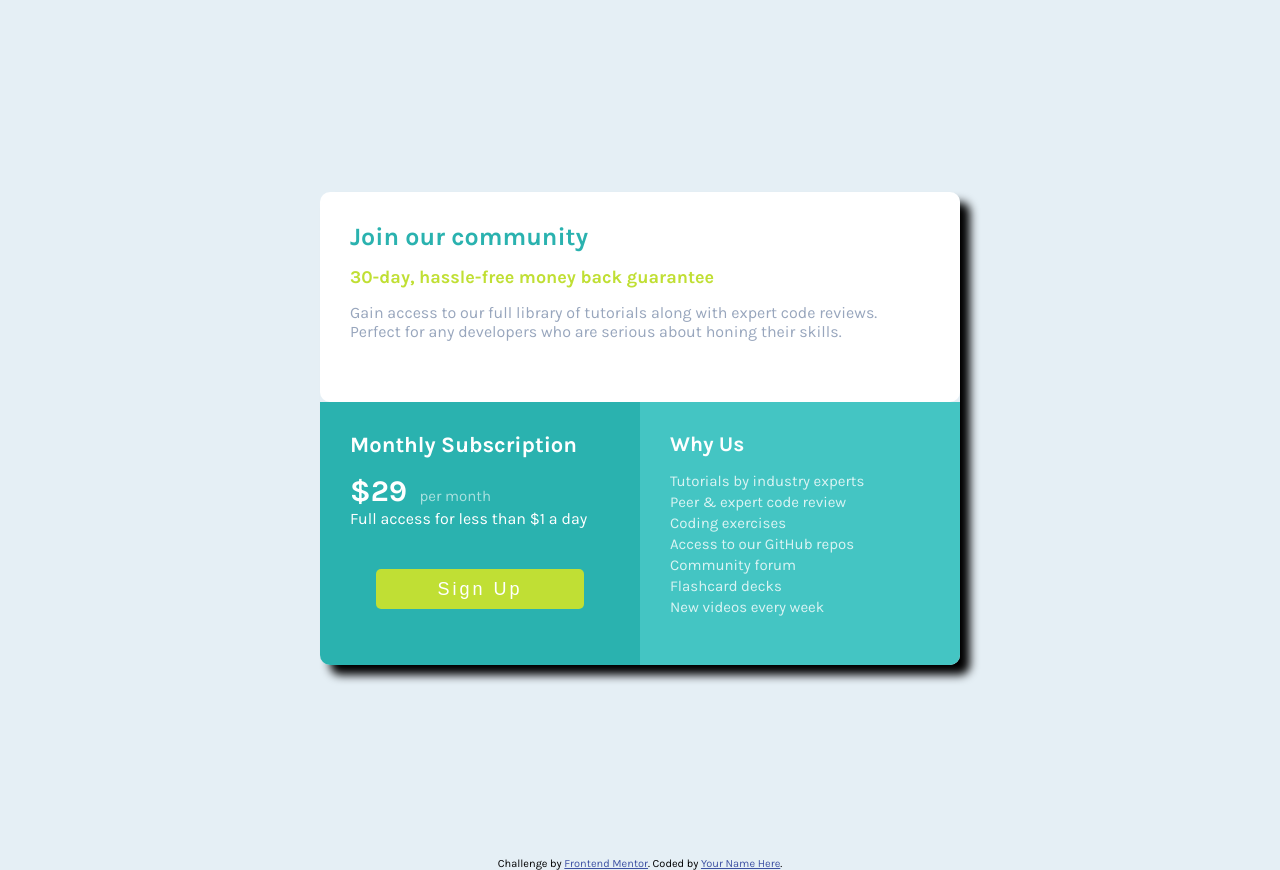
Repository: Pedrohamoura-Git/Frontend-Mentor-Challenges
Page: Newbie/single-price-grid-component-master/index.html
An editor plug-in stored every save of this project. The page is shown before and after the next save, followed by the edit.
The browser window is 1280 px wide. The pictures show the whole page.

Above is the page before, as saved 2021-05-31 16:00:21.

After the next save:
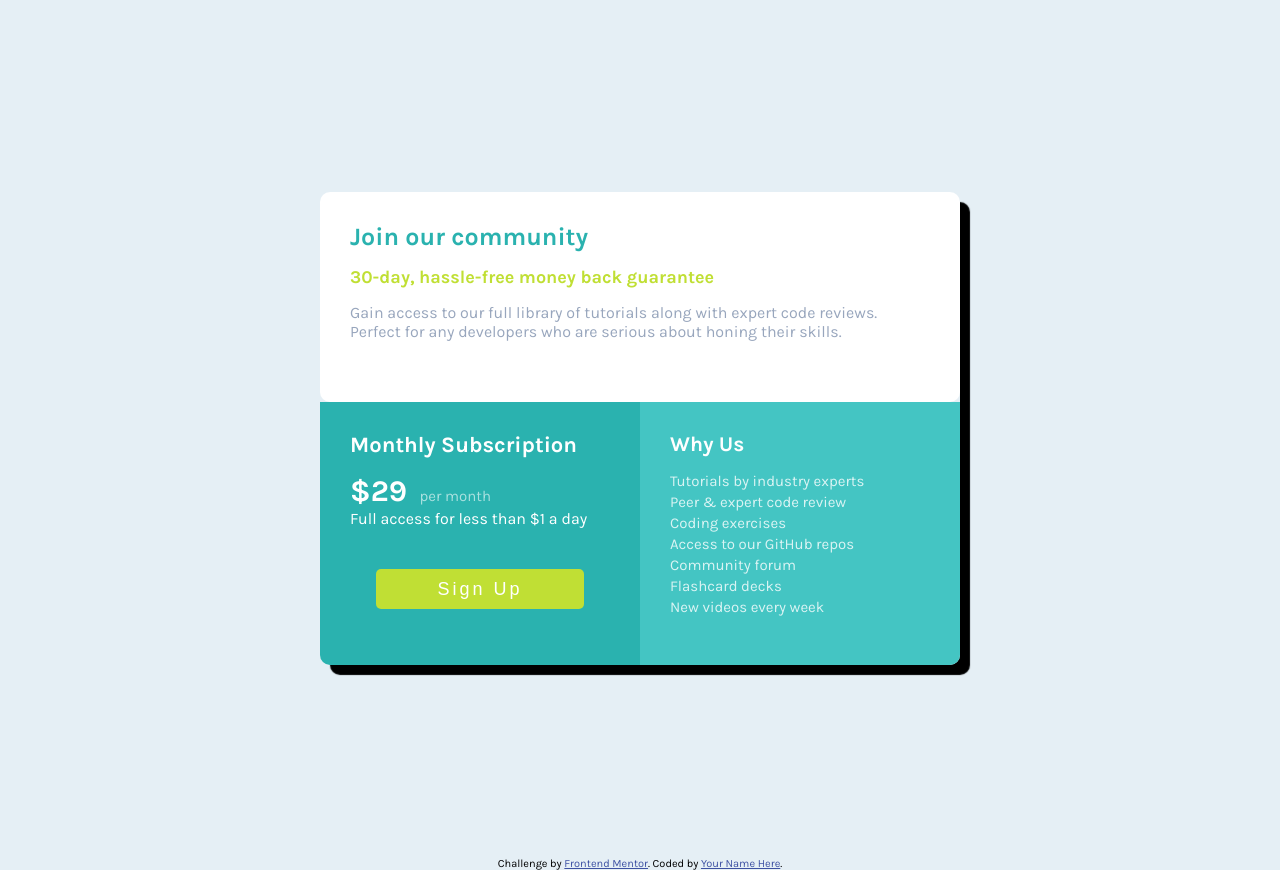
Saved 7 s later.
--- a/Newbie/single-price-grid-component-master/css/style.css
+++ b/Newbie/single-price-grid-component-master/css/style.css
@@ -24,7 +24,7 @@
 */
     #wrapper {
         border-radius: 1rem;
-        box-shadow: 10px 10px 10px rgba(0, 0, 0);
+        box-shadow: 10px 10px 1px rgba(0, 0, 0);
         display: grid;
         grid-template-rows: repeat(auto-fit, minmax(200px, 1fr));
         margin: 15% auto;
